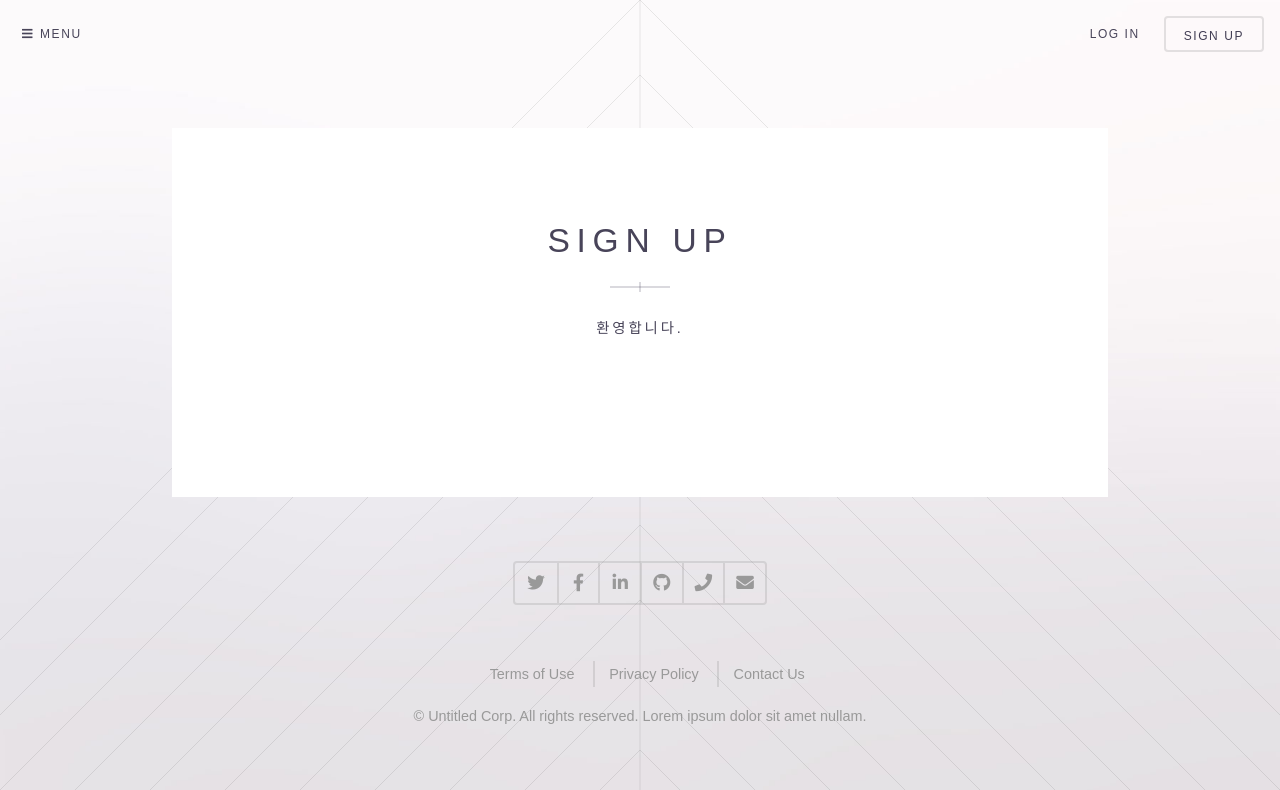
Repository: WKMoon/JavaScript-Project
Page: myFront/WebContent/agreement.html
An editor plug-in stored every save of this project. The page is shown before and after the next save, followed by the edit.
The browser window is 1280 px wide. The pictures show the whole page.
Some web fonts or font styles are not loaded; a fallback is used.

Above is the page before, as saved 2021-02-25 07:02:48.

### myFront/WebContent/agreement.html
<!DOCTYPE html>
<html>
<head>
<meta charset="UTF-8">
<meta name="viewport" content="width=device-width, initial-scale=1, user-scalable=no" />
<link rel="stylesheet" href="assets/css/main.css" />
<title>Sign Up</title>
</head>
	<body class="is-preload">

		<!-- Header -->
			<header id="header">
				<a href="#menu">Menu</a>
				<a href="login.html">Log In</a>
				<a href="signup.html" class="button">Sign Up</a>
			</header>

		<!-- Nav -->
			<nav id="menu">
				<ul class="links">
					<li><a href="index.html">Home</a></li>
					<li><a href="generic.html">Generic</a></li>
					<li><a href="elements.html">Elements</a></li>
				</ul>
				<ul class="actions stacked">
					<li><a href="login.html" class="button primary fit">Log In</a></li>
					<li><a href="signup.html" class="button fit">Sign Up</a></li>
				</ul>
			</nav>


		<!-- Main -->
			<section id="main" class="wrapper style1">
				<div class="inner">

					<!-- Title -->
						<header class="major special">
							<h1>Sign Up</h1>
							<p>환영합니다.</p>
						</header>

					<!-- Content -->
						<div class="content">

						</div>

				</div>
			</section>

		<!-- Footer -->
			<footer id="footer">
				<ul class="alt-icons">
					<li><a href="#" class="icon brands fa-twitter"><span class="label">Twitter</span></a></li>
					<li><a href="#" class="icon brands fa-facebook-f"><span class="label">Facebook</span></a></li>
					<li><a href="#" class="icon brands fa-linkedin-in"><span class="label">LinkedIn</span></a></li>
					<li><a href="#" class="icon brands fa-github"><span class="label">GitHub</span></a></li>
					<li><a href="#" class="icon solid fa-phone"><span class="label">Phone</span></a></li>
					<li><a href="#" class="icon solid fa-envelope"><span class="label">Email</span></a></li>
				</ul>
				<ul class="menu">
					<li><a href="#">Terms of Use</a></li>
					<li><a href="#">Privacy Policy</a></li>
					<li><a href="#">Contact Us</a></li>
				</ul>
				<p class="copyright">
					&copy; Untitled Corp. All rights reserved. Lorem ipsum dolor sit amet nullam.
				</p>
			</footer>

		<!-- Scripts -->
			<script src="assets/js/jquery.min.js"></script>
			<script src="assets/js/jquery.scrolly.min.js"></script>
			<script src="assets/js/jquery.scrollex.min.js"></script>
			<script src="assets/js/browser.min.js"></script>
			<script src="assets/js/breakpoints.min.js"></script>
			<script src="assets/js/util.js"></script>
			<script src="assets/js/main.js"></script>

	</body>
</html>

Loaded but not shown: myFront/WebContent/assets/js/jquery.min.js (library); myFront/WebContent/assets/js/jquery.scrolly.min.js (common file); myFront/WebContent/assets/js/jquery.scrollex.min.js (common file); myFront/WebContent/assets/js/browser.min.js (common file); myFront/WebContent/assets/js/breakpoints.min.js (common file); myFront/WebContent/assets/css/fontawesome-all.min.css (library); myFront/WebContent/assets/js/util.js (587 lines, source omitted); myFront/WebContent/assets/js/main.js (57 lines, source omitted); myFront/WebContent/assets/css/main.css (4487 lines, source omitted)

After the next save:
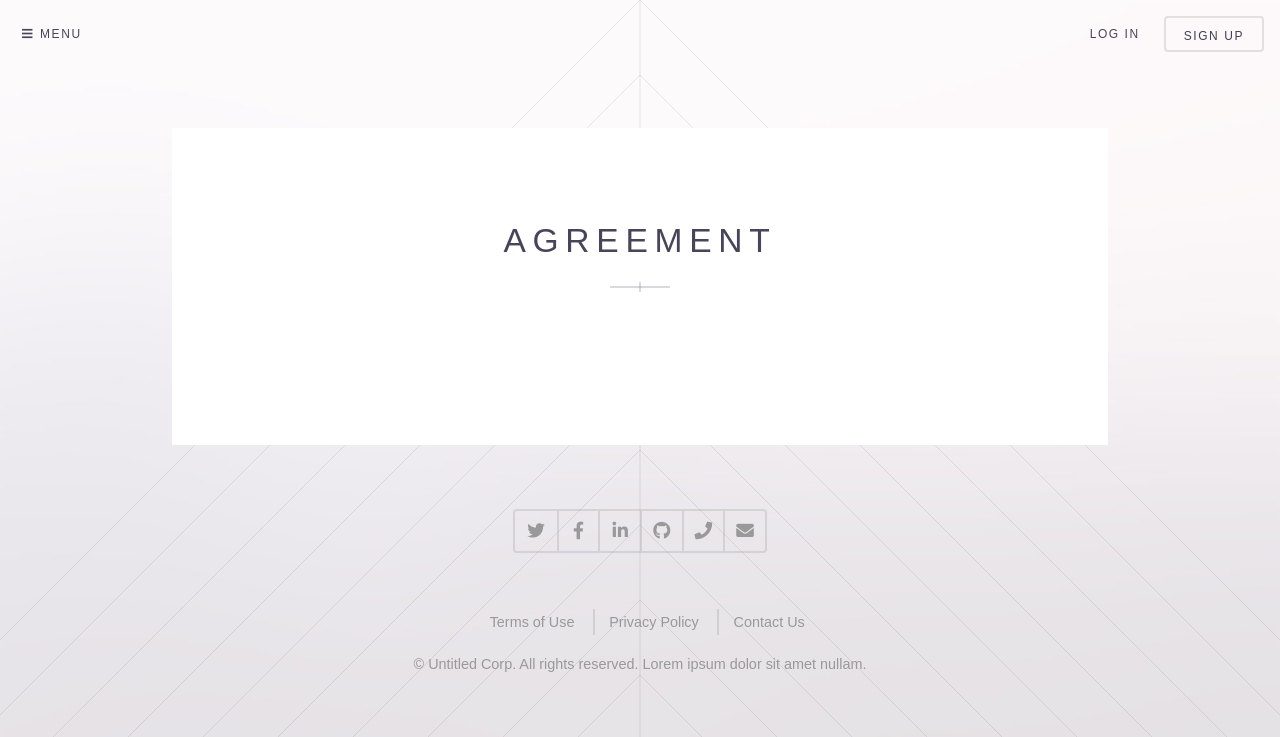
Saved 26 s later.
--- a/myFront/WebContent/agreement.html
+++ b/myFront/WebContent/agreement.html
@@ -35,8 +35,7 @@
 
 					<!-- Title -->
 						<header class="major special">
-							<h1>Sign Up</h1>
-							<p>환영합니다.</p>
+							<h1>Agreement</h1>
 						</header>
 
 					<!-- Content -->
